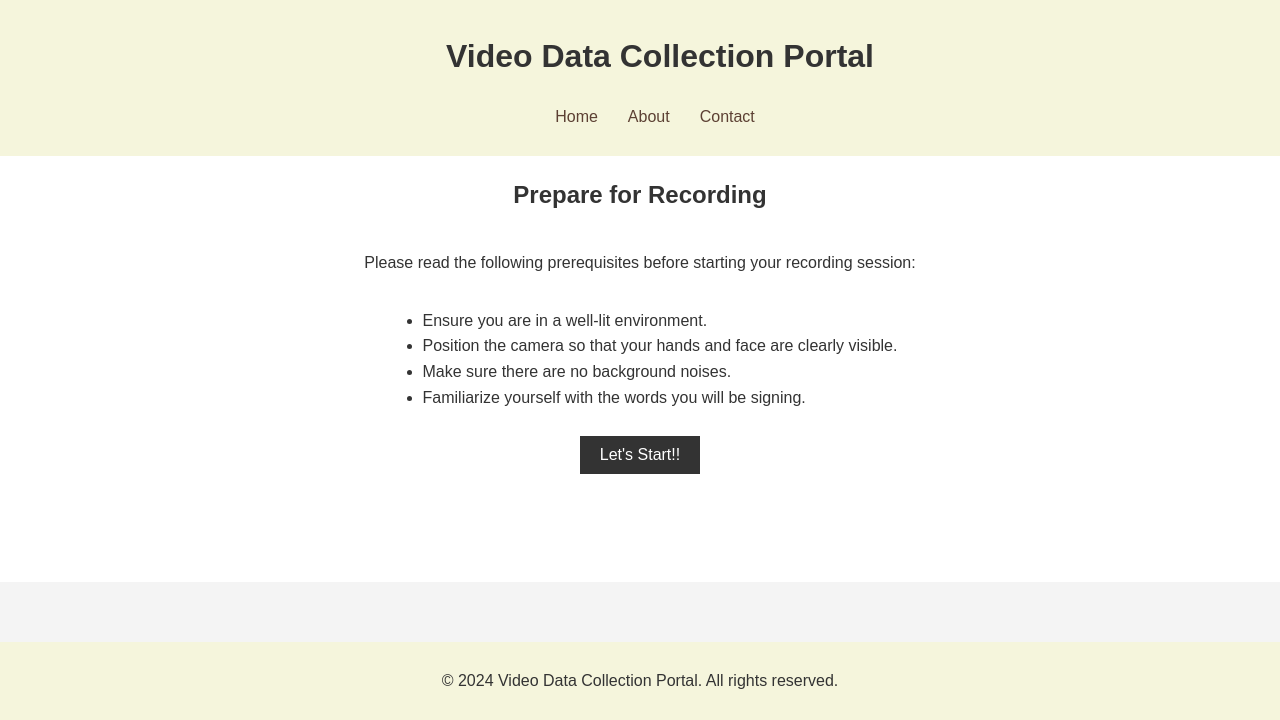
Repository: Oren93/sign_lang_data
Page: /upload (app in frontend/sign-lang-ui/)
These files come from the project's save history. The page is drawn as it stood at one moment and after the next save; the edit follows.
The browser window is 1280 px wide. The pictures show the whole page.
The project was rebuilt for these pictures with package versions that can differ from the ones it lists, and the page was loaded fresh each time. Also part of the build but not shown: frontend/sign-lang-ui/vite.config.ts, frontend/sign-lang-ui/src/pages/Home.tsx, frontend/sign-lang-ui/src/pages/About.tsx, frontend/sign-lang-ui/src/pages/Contact.tsx, frontend/sign-lang-ui/src/pages/Record.module.css, frontend/sign-lang-ui/src/pages/Record.tsx, frontend/sign-lang-ui/src/pages/ThankYou.tsx.

Above is the page before, as saved 2024-06-10 14:53:21.

After the next save:
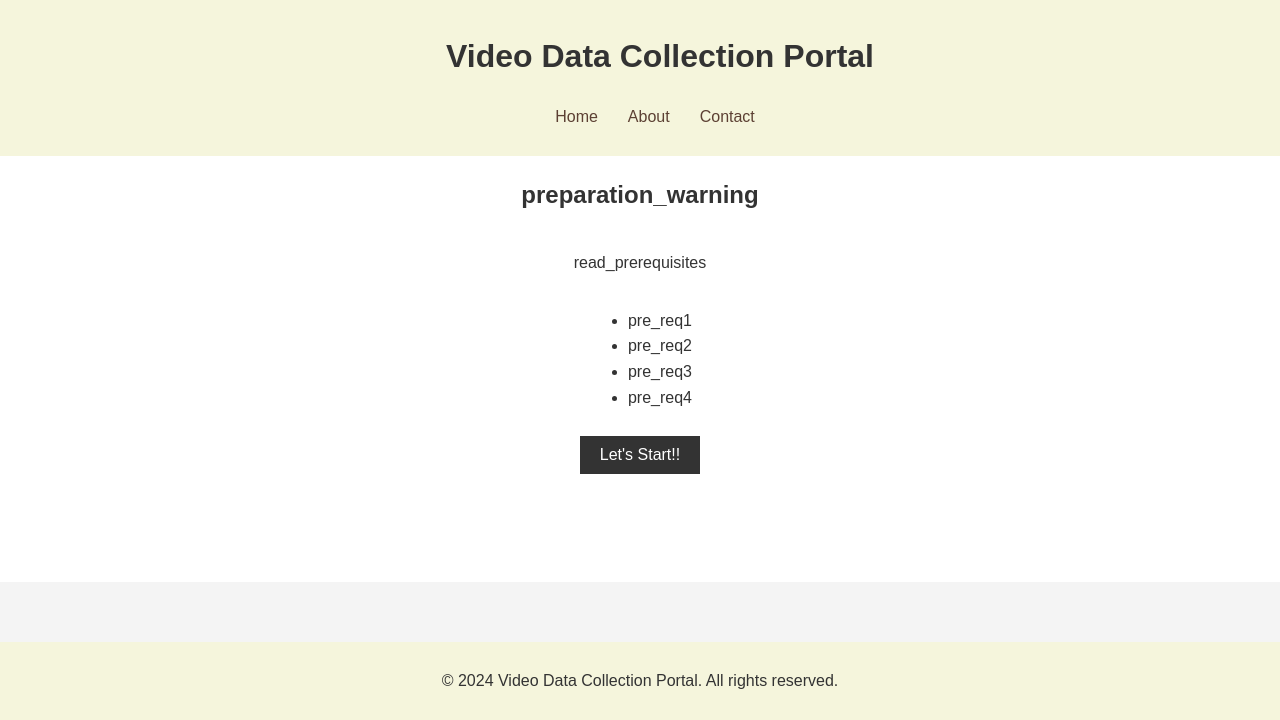
Saved 9 min 26 s later.
--- a/frontend/sign-lang-ui/src/pages/Upload.tsx
+++ b/frontend/sign-lang-ui/src/pages/Upload.tsx
@@ -2,6 +2,7 @@
 import React from 'react';
 import { useNavigate } from 'react-router-dom';
 import styles from './Upload.module.css'; // Import the CSS module
+import { t } from 'i18next';
 
 const Upload: React.FC = () => {
   const navigate = useNavigate();
@@ -13,13 +14,13 @@
   return (
     <main className={styles.main}>
       <section className={styles.section}>
-        <h2>Prepare for Recording</h2>
-        <p>Please read the following prerequisites before starting your recording session:</p>
+        <h2>{t('preparation_warning')}</h2>
+        <p>{t('read_prerequisites')}</p>
         <ul>
-          <li>Ensure you are in a well-lit environment.</li>
-          <li>Position the camera so that your hands and face are clearly visible.</li>
-          <li>Make sure there are no background noises.</li>
-          <li>Familiarize yourself with the words you will be signing.</li>
+          <li>{t('pre_req1')}</li>
+          <li>{t('pre_req2')}</li>
+          <li>{t('pre_req3')}</li>
+          <li>{t('pre_req4')}</li>
         </ul>
         <button className={styles.button} onClick={handleStartRecording}>Let's Start!!</button>
       </section>

After the 3 saves that followed:
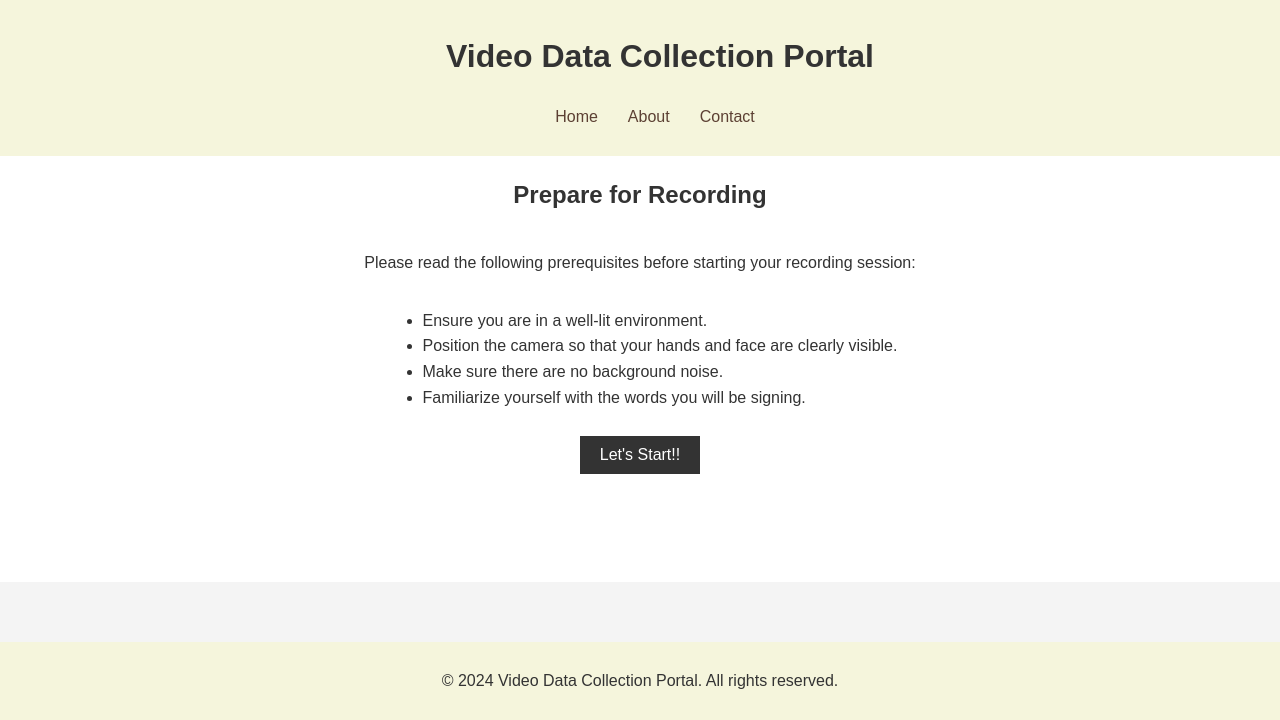
The 3 saves are shown as one change because 2 did not build or start.
The last was saved 88 s later.
--- a/frontend/sign-lang-ui/src/pages/Upload.tsx
+++ b/frontend/sign-lang-ui/src/pages/Upload.tsx
@@ -2,9 +2,10 @@
 import React from 'react';
 import { useNavigate } from 'react-router-dom';
 import styles from './Upload.module.css'; // Import the CSS module
-import { t } from 'i18next';
+import { useTranslation } from 'react-i18next';
 
 const Upload: React.FC = () => {
+  const { t } = useTranslation();
   const navigate = useNavigate();
 
   const handleStartRecording = () => {
--- a/frontend/sign-lang-ui/src/locales/en/translation.json
+++ b/frontend/sign-lang-ui/src/locales/en/translation.json
@@ -13,8 +13,15 @@
     "stop_recording": "Stop Recording",
     "leave_recording": "Leave Recording",
     "next_word": "Next Word",
-    "repeat_word": "Repeat Word"
+    "repeat_word": "Repeat Word",
 
+
+    "preparation_warning": "Prepare for Recording",
+    "read_prerequisites": "Please read the following prerequisites before starting your recording session:",
+    "pre_req1": "Ensure you are in a well-lit environment.",
+    "pre_req2": "Position the camera so that your hands and face are clearly visible.",
+    "pre_req3": "Make sure there are no background noise.",
+    "pre_req4": "Familiarize yourself with the words you will be signing."
 
 
   }
